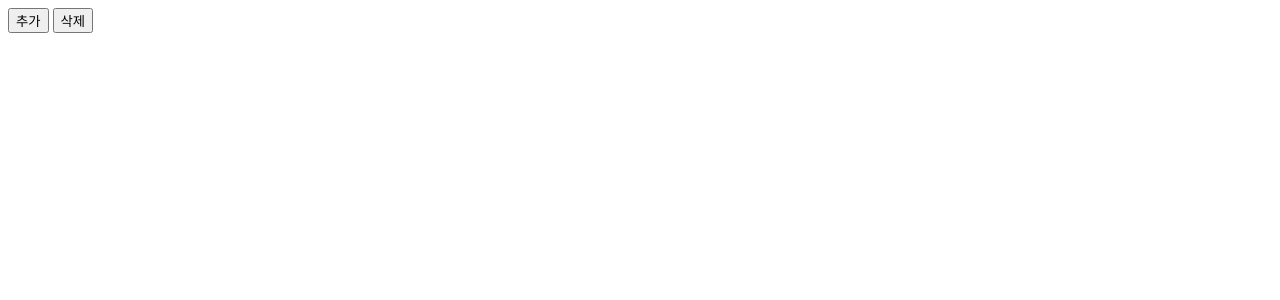
Repository: jelly02/workspace_web
Page: workspace_webui_LECTURE/08.js_form_valid/src/main/webapp/index_dynamic_view.html
The author's editor kept a copy of each file at every save. The page is drawn from the files as they stood at one save, then again after the next save.
The browser window is 1280 px wide. The pictures show the whole page.
After loading, the first visible `button` was clicked once.

Above is the page before, as saved 2021-07-01 09:31:54.

### workspace_webui_LECTURE/08.js_form_valid/src/main/webapp/index_dynamic_view.html
<!DOCTYPE html PUBLIC "-//W3C//DTD HTML 4.01 Transitional//EN" "http://www.w3.org/TR/html4/loose.dtd">
<html>
<head>
<meta http-equiv="Content-Type" content="text/html; charset=UTF-8">
<title>동적 화면만들기</title>
<script type="text/javascript">
	var contentsElement = null;
	window.onload = function() {
		contentsElement = document.getElementById("contents");
		alert(contentsElement);
	}

	alert(contentsElement);

	function addItem() {

	}

	function removeItem() {

	}
</script>
</head>
<body>

<button onclick="addItem();">추가</button>
<button onclick="removeItem();">삭제</button>

<div id="contents"></div>
</body>
</html>

After the next save:
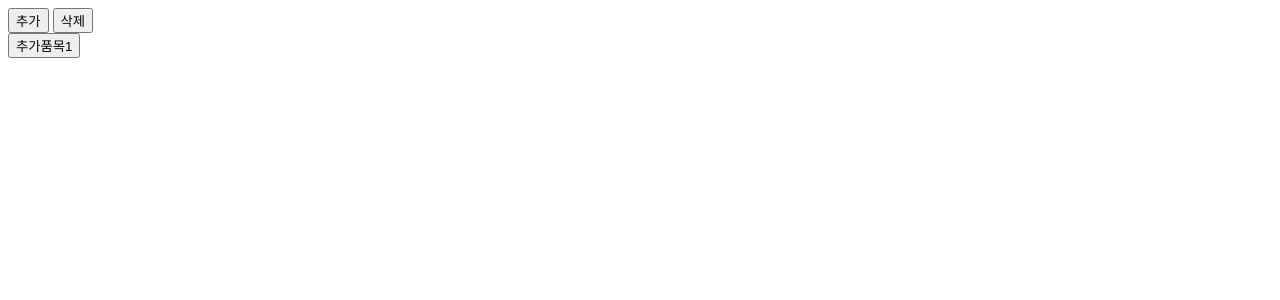
Saved 6 min 25 s later.
--- a/workspace_webui_LECTURE/08.js_form_valid/src/main/webapp/index_dynamic_view.html
+++ b/workspace_webui_LECTURE/08.js_form_valid/src/main/webapp/index_dynamic_view.html
@@ -5,14 +5,21 @@
 <title>동적 화면만들기</title>
 <script type="text/javascript">
 	var contentsElement = null;
+	var itemCount = 0;
+
 	window.onload = function() {
 		contentsElement = document.getElementById("contents");
 		alert(contentsElement);
 	}
 
-	alert(contentsElement);
+	function addItem() {
+		++itemCount;
+		var buttonElement = document.createElement("button");
+		var buttonText = document.createTextNode("추가품목" + itemCount);
+		var parentElement = document.getElementById("contents");
 
-	function addItem() {
+		buttonElement.appendChild(buttonText);
+		parentElement.appendChild(buttonElement);
 
 	}
 
